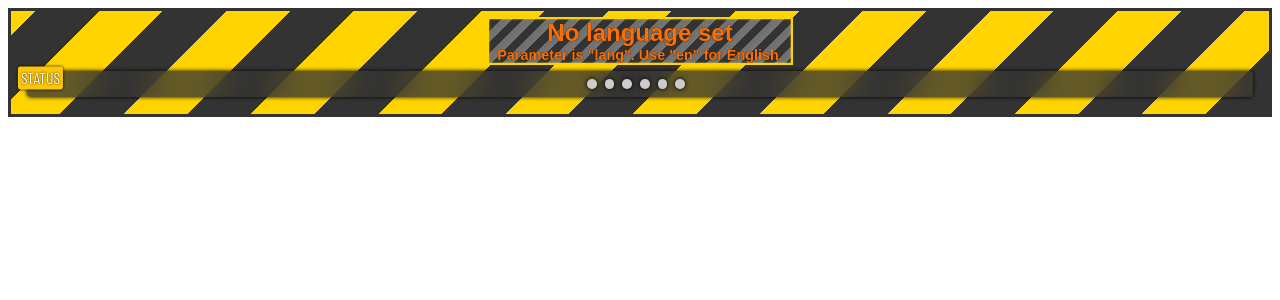
Repository: cirisus/ArknighTimer
Page: timer.html
These files come from the project's save history. The page is drawn as it stood at one moment and after the next save; the edit follows.
The browser window is 1280 px wide. The pictures show the whole page.
Some web fonts or font styles are not loaded; a fallback is used.

Above is the page before, as saved 2024-03-09 15:08:51.

### timer.html
<!DOCTYPE html>
<html>
  <head>
    <meta charset="UTF-8">
    <meta name="description" content="明日方舟同人中文站计时器本体">
    <meta name="keywords" content="arknights,wiki,timer">
    <link rel="stylesheet" href="/ArknighTimer/timer.css">
    <script src="/ArknighTimer/timer.js"></script>
    <title>计时器初始化中……</title>
  </head>

  <body>
    <noscript>This application requires Javascript to function.</noscript>

    <div id="timer">
      <div id="stuff">
      <h2 id="title"></h2>

      <div id="clock">
        <div id="years-div" class="unit">
          <span id="years" class="unit-value"></span>
          <span id="years-label" class="unit-label"></span>
        </div>

        <div id="months-div" class="unit">
          <span id="months" class="unit-value"></span>
          <span id="months-label" class="unit-label"></span>
        </div>

        <div id="days-div" class="unit">
          <span id="days" class="unit-value"></span>
          <span id="days-label" class="unit-label"></span>
        </div>

        <div id="hours-div" class="unit">
          <span id="hours" class="unit-value"></span>
          <span id="hours-label" class="unit-label"></span>
        </div>

        <div id="minutes-div" class="unit">
          <span id="minutes" class="unit-value"></span>
          <span id="minutes-label" class="unit-label"></span>
        </div>

        <div id="seconds-div" class="unit">
          <span id="seconds" class="unit-value"></span>
          <span id="seconds-label" class="unit-label"></span>
        </div>
        </div>
      </div>
    </div>
  </body>
</html>

### timer.css
@import url('https://fonts.googleapis.com/css2?family=Barlow+Condensed:ital,wght@0,100;0,200;0,300;0,400;0,500;0,600;0,700;0,800;0,900;1,100;1,200;1,300;1,400;1,500;1,600;1,700;1,800;1,900&display=swap');
@font-face {
  font-family: Glow Sans SC_Condensed;
  src: url(https://cdn.jsdelivr.net/gh/cirisus/ArknighTimer/GlowSans/GlowSansSC-Condensed-Medium.woff2);
  font-weight: normal;
  font-style: normal;
}
:root {
  --secondary-accent: 255, 212, 0;
  --scale-2: 51,51,51;
}
body {
  font-family: 'Glow Sans SC_Condensed',Arial, sans-serif;
  text-shadow: 0 0 1px black;
}
#timer {
  display: grid;
  grid-auto-columns: 1fr;
  grid-auto-rows: 1fr;
  grid-template-columns: 1fr;
  grid-template-rows: min-content 1fr;
  gap: 1px 1px;
  grid-template-areas:
    "title"
    "countdown";

  padding: 0.5rem;
  border: 3px solid rgb(var(--scale-2));
  background: repeating-linear-gradient(-45deg, rgb(var(--scale-2)), rgb(var(--scale-2)) 45px, rgb(var(--secondary-accent)) 0, rgb(var(--secondary-accent)) 90px);
}
#title {
  grid-area: title;
  text-align: center;
  margin-block-start: 0;
  margin-block-end: 0;
  background: rgb(var(--scale-2));
  width: fit-content;
  padding: 0 .5rem;
  margin: auto;
    outline: 2px solid #ffd301;
    box-shadow: inset 0 0 2px #ffd400;
    background-image: repeating-linear-gradient(135deg, rgb(var(--scale-2)), rgb(var(--scale-2)) 8px, rgb(111 111 111) 0, rgb(117 117 117) 16px);
    background-size: 500%;
    animation: progress-bar 300s infinite linear;
}
@keyframes progress-bar {
  0% {
    background-position-x: 100%;
  }
  100% {
    background-position: -400%;
  }
}
/*
h2#title:after {
  content: '';
  height: 47px;
  width: 2rem;
  position: absolute;
  transform: translateX(8px);
  background: #333;
  -webkit-clip-path: polygon(60% 0, 100% 50%, 60% 100%, 0 100%, 0 0);
  clip-path: polygon(60% 0, 100% 50%, 60% 100%, 0 100%, 0 0);
}
*/
#clock {
  display: flex;
  justify-content: center;
  align-items: center;
  flex-wrap: wrap;
  grid-area: countdown;
  color: #f3f2ec;
  background-color: rgb(var(--scale-2), .75);
  -webkit-backdrop-filter: blur(1rem);
  backdrop-filter: blur(1rem);
  text-align: center;
  border-radius: 0.25em;
  margin: .5em;
  padding: 0 .25rem;
  box-shadow: 0 0 4px black;
  box-sizing: border-box;
  &::before {
    content: 'Status';
    font-family: "Barlow Condensed", sans-serif;
    position: absolute;
    display: inline-flex;
    top: 0;
    left: 0;
    width: fit-content;
    height: fit-content;
    border-radius: 0.15em;
    background-color: #ffc700;
    z-index: -1;
    transform: translate(-20%,-20%);
    box-shadow: 0 0 3px 0px black;
    padding: 2px 3px;
    align-items: center;
    color: white;
    text-shadow: 0 0 2px black;
    text-transform: uppercase;
  }
  &::after {
    content: attr(data-status);
    position: absolute;
    top: 0;
    left: 0;
    width: fit-content;
    height: fit-content;
    border-radius: 0.15em;
    z-index: -1;
    transform: translate(20%,-20%);
    box-shadow: 0 0 3px 0px black;
  }
}
#clock[data-status="running"]::after {
  background-color: #16663e;
  color: #ccc;
}
#clock[data-status="expired"]::after {
  background-color: #ffcc00;
  color: #ccc;
}
#clock[data-status="ceased"]::after {
  background-color: #ad2117;
  color: #ccc;
}
.unit {
  display: inline-flex;
  margin: 0.5em 0;
  justify-content: center;
  align-items: center;
}

.unit-value {
  font-family: "Barlow Condensed", sans-serif;
  font-size: 2em;
  color: #333;
  background-color: #ccc;
  border-radius: 0.15em;
  padding: 0.15em;
  box-shadow: 0 0 5px black;
}

.unit-label {
  font-size: 1.5em;
  padding: 0 .25rem;
}

/* Basic utility classes */
.hidden {
  display: none;
}

.error {
  color: rgb(255, 111, 0);
  animation: none;
}
.error-secondary {
  font-size: 0.6em;
}
.progress {
  color: #f3f2ec;
}

.finished {
  color: #fff28e;
  animation: none;
}

### timer.js
// Constants
var SECONDS_MS = 1000;
var MINUTES_MS = SECONDS_MS * 60;
var HOURS_MS = MINUTES_MS * 60;
var DAYS_MS = HOURS_MS * 24;

var SECONDS_ENUM = 0;
var MINUTES_ENUM = 1;
var HOURS_ENUM = 2;
var DAYS_ENUM = 3;
var MONTHS_ENUM = 4;
var YEARS_ENUM = 5;

// Initialization errors are only in English unfortunately.
function setError(primary, secondary = null) {
  var titleElement = document.getElementById('title');
  titleElement.classList.add('error');
  titleElement.innerText = primary;

  var clockElement = document.getElementById('clock');
  clockElement.classList.add('hidden');

  if (secondary) {
    var messageElement = document.createElement('div');
    messageElement.classList.add('error-secondary');
    messageElement.innerText = secondary;
    titleElement.appendChild(messageElement);
  }
}

// Localization
function getMessage(language, messageKey) {
  var translations = {
    // English
    'en': {
      'timer-description': 'Timer expiring at',
      'timer-progress': 'This timer will expire in',
      'timer-finished': 'This timer has been expired since',
      'years': 'years',
      'months': 'months',
      'days': 'days',
      'hours': 'hours',
      'minutes': 'minutes',
      'seconds': 'seconds',
    },

    // French
    'fr': {
      'timer-description': 'Fin du compte à rebours à',
      'timer-progress': 'Ce compte à rebours se terminera dans',
      'timer-finished': 'Ce compte à rebous est terminé depuis',
      'years': 'ans',
      'months': 'mois',
      'days': 'jours',
      'hours': 'heures',
      'minutes': 'minutes',
      'seconds': 'secondes',
    },

    // Pig Latin
    'pig': {
      'timer-description': 'Imertay expiringyay atyay',
      'timer-progress': 'Isthay imertay illway expireyay inyay',
      'timer-finished': 'Isthay imertay ashay eenbay expiredyay incesay',
      'years': 'earsyay',
      'months': 'onthsmay',
      'days': 'aysday',
      'hours': 'ourshay',
      'minutes': 'inutesmay',
      'seconds': 'econdssay',
    },

    // Spanish
    'es': {
      'timer-description': 'El temporizador finaliza en',
      'timer-progress': 'El temporizador finalizará en',
      'timer-finished': 'El temporizador ha finalizado desde hace',
      'years': 'años',
      'months': 'meses',
      'days': 'días',
      'hours': 'horas',
      'minutes': 'minutos',
      'seconds': 'segundos',
    },

    // Vietnamese
    'vi': {
      'timer-description': 'Đồng hồ kết thúc vào',
      'timer-progress': 'Đồng hồ sẽ kết thúc trong',
      'timer-finished': 'Đồng hồ này đã kết thúc kể từ',
      'years': 'năm',
      'months': 'tháng',
      'days': 'ngày',
      'hours': 'giờ',
      'minutes': 'phút',
      'seconds': 'giây',
    },

    // Simplified Chinese
    'cn': {
      'timer-description': '此计时器将过期于：',
      'timer-progress': '此计时器将过期于：',
      'timer-finished': '此计时器已过期：',
      'years': '年',
      'months': '月',
      'days': '日',
      'hours': '时',
      'minutes': '分',
      'seconds': '秒',
    },
  };

  // Special case:
  // The 'test' language just echoes the message key back out.
  if (language === 'test') {
    return messageKey;
  }

  // Get message based on language
  var messages = translations[language];
  if (!messages) {
    setError('暂无此语言的计时器 ' + language);
    return null;
  }

  var message = messages[messageKey];
  if (!message) {
    setError('无效的参数' + messageKey);
    return null;
  }

  return message;
}

function insertCSS(styling) {
  var head = document.head || document.getElementsByTagName('head')[0];
  var style = document.createElement('style');

  style.type = 'text/css';
  style.appendChild(document.createTextNode(styling));
  head.appendChild(style);
}

function getDaysInFebruary(startYear) {
  return (startYear % 4 === 0 && startYear % 100 !== 0)
    || startYear % 400 === 0 ? 29 : 28;
}

function elapsedData(targetTime) {
  var now = new Date();
  var elapsed = now - targetTime;

  if (elapsed >= 0) {
    // Date is in the past
    return {
      elapsed: elapsed,
      finished: true,
      startTime: targetTime,
      endTime: now,
    };
  } else {
    // Date is in the future
    return {
      elapsed: -elapsed,
      finished: false,
      startTime: now,
      endTime: targetTime,
    };
  }
}

// Based on https://stackoverflow.com/a/49201872
// Calculate differences greater than a day.
function dateDiff(startDate, endDate) {
  // Trim sub-day differences to avoid 0.8 days from rounding up.
  var diff = endDate - startDate;
  diff -= Math.floor(diff % DAYS_MS);
  endDate = new Date(startDate.getTime() + diff);

  // Get month data
  var february = getDaysInFebruary(startDate.getFullYear());
  var daysInMonth = [31, february, 31, 30, 31, 30, 31, 31, 30, 31, 30, 31];

  var yearDiff = endDate.getFullYear() - startDate.getFullYear();
  var monthDiff = endDate.getMonth() - startDate.getMonth();
  if (monthDiff < 0) {
    yearDiff--;
    monthDiff += 12;
  }

  var dayDiff = endDate.getDate() - startDate.getDate();
  if (dayDiff < 0) {
    if (monthDiff > 0) {
      monthDiff--;
    } else {
      yearDiff--;
      monthDiff = 11;
    }

    dayDiff += daysInMonth[startDate.getMonth()];
  }

  return {
    years: yearDiff,
    months: monthDiff,
    days: dayDiff,
  };
}

// Calculate difference in time, in all units
function timeRemaining(targetTime) {
  var data = elapsedData(targetTime);

  // Differences > 1 day
  var dateDiffs = dateDiff(data.startTime, data.endTime);
  var years = dateDiffs.years;
  var months = dateDiffs.months;
  var days = dateDiffs.days;

  // Differences < 1 day
  var elapsed = Math.floor(data.elapsed % DAYS_MS);

  var hours = Math.floor(elapsed / HOURS_MS);
  elapsed = Math.floor(elapsed % HOURS_MS);

  var minutes = Math.floor(elapsed / MINUTES_MS);
  elapsed = Math.floor(elapsed % MINUTES_MS);

  var seconds = Math.floor(elapsed / SECONDS_MS);
  elapsed = Math.floor(elapsed % MINUTES_MS);

  // Get highest unit present
  var highest;
  if (years > 0) {
    highest = YEARS_ENUM;
  } else if (months > 0) {
    highest = MONTHS_ENUM;
  } else if (days > 0) {
    highest = DAYS_ENUM;
  } else if (hours > 0) {
    highest = HOURS_ENUM;
  } else if (minutes > 0) {
    highest = MINUTES_ENUM;
  } else {
    highest = SECONDS_ENUM;
  }

  return {
    years: years,
    months: months,
    days: days,
    hours: hours,
    minutes: minutes,
    seconds: seconds,
    finished: data.finished,
    highest: highest,
  };
}

function setTimerField(language, field, value) {
  var visible = value !== null;

  if (visible) {
    document.getElementById(field).innerText = value;
  }

  setTimerFieldVisibility(field, visible);
}

function setTimerFieldVisibility(field, visible) {
  var element = document.getElementById(field + '-div');

  if (visible) {
    element.classList.remove('hidden');
  } else {
    element.classList.add('hidden');
  }
}

function createTimer(language, targetTime, progressMessage, finishedMessage) {
  progressMessage = progressMessage || getMessage(language, 'timer-progress');
  finishedMessage = finishedMessage || getMessage(language, 'timer-finished');

  // Update routine, to invoke every second
  var timerFields = [
    ['years', YEARS_ENUM, 1],
    ['months', MONTHS_ENUM, 1],
    ['days', DAYS_ENUM, 1],
    ['hours', HOURS_ENUM, 2],
    ['minutes', MINUTES_ENUM, 2],
    ['seconds', SECONDS_ENUM, 2],
  ];

  // Initial application of field labels
  for (var i = 0; i < timerFields.length; i++) {
    var field = timerFields[i][0];
    document.getElementById(field + '-label').innerText = getMessage(language, field);
  }

  function updateTimer() {
    var remaining = timeRemaining(targetTime);

    // Set title message
    var titleElement = document.getElementById('title');

    if (remaining.finished) {
      titleElement.innerText = finishedMessage;
      titleElement.classList = ['finished'];
    } else {
      titleElement.innerText = progressMessage;
      titleElement.classList = ['progress'];
    }

    // Set individual timer fields
    for (var i = 0; i < timerFields.length; i++) {
      var field = timerFields[i][0];
      var fieldEnum = timerFields[i][1];
      var padWidth = timerFields[i][2];

      // If the value is to be shown, then display it.
      // Ensure digits are padded to the appropriate width.
      var value = remaining.highest >= fieldEnum
        ? String(remaining[field]).padStart(padWidth, '0')
        : null;

      setTimerField(language, field, value);
    }
  }

  // Set title.
  // Since this is meant to be used as an iframe, setting it every tick is pointless.
  document.title = getMessage(language, 'timer-description') + ' ' + targetTime;

  // Configure timer to run regularly.
  updateTimer();
  setInterval(updateTimer, 1000);
}

function setup() {
  // Get parameters
  var url = new URL(window.location.href);
  var parameters = new URLSearchParams(url.search);
  var language = parameters.get('lang');
  var timestamp = parameters.get('time');
  var progressMessage = parameters.get('progress');
  var finishedMessage = parameters.get('finished');
  var styling = parameters.get('style'); // allows custom CSS to be injected

  // Check parameters
  if (!language) {
    setError('No language set', 'Parameter is "lang". Use "en" for English.');
    return;
  }

  if (!timestamp) {
    setError('No timestamp set', 'Parameter is "time". You can use a UNIX timestamp or an ISO string.');
    return;
  }

  var targetTime;
  if (/^\d+(\.\d+)?$/.exec(timestamp)) {
    targetTime = new Date(parseFloat(timestamp) * 1000);
  } else {
    targetTime = new Date(timestamp);
    if (isNaN(targetTime)) {
      setError('Invalid timestamp', timestamp);
      return;
    }
  }

  // Insert custom CSS, if any
  if (styling !== null) {
    insertCSS(styling);
  }

  // Initialize clock
  createTimer(language, targetTime, progressMessage, finishedMessage);
}

setTimeout(setup, 5);

After the next save:
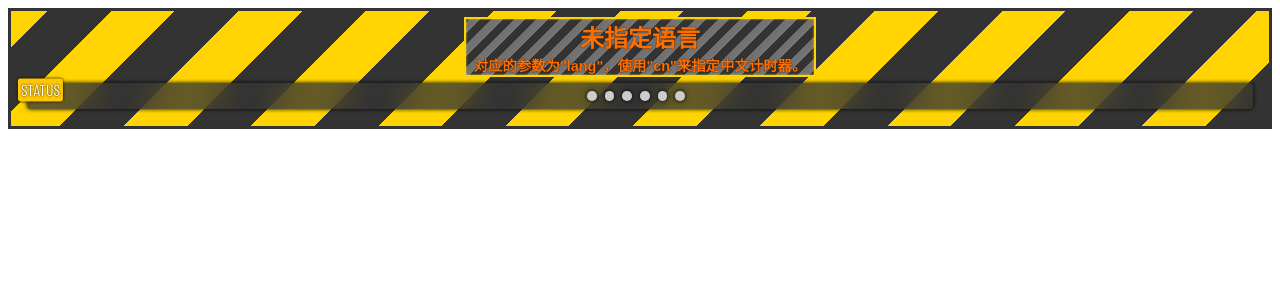
Saved 6 min 42 s later.
--- a/timer.js
+++ b/timer.js
@@ -306,9 +306,11 @@
     if (remaining.finished) {
       titleElement.innerText = finishedMessage;
       titleElement.classList = ['finished'];
+      document.getElementById('clock').setAttribute('data-status', 'expired');
     } else {
       titleElement.innerText = progressMessage;
       titleElement.classList = ['progress'];
+      document.getElementById('clock').setAttribute('data-status', 'running');
     }
 
     // Set individual timer fields
@@ -348,12 +350,12 @@
 
   // Check parameters
   if (!language) {
-    setError('No language set', 'Parameter is "lang". Use "en" for English.');
+    setError('未指定语言', '对应的参数为"lang"，使用"cn"来指定中文计时器。');
     return;
   }
 
   if (!timestamp) {
-    setError('No timestamp set', 'Parameter is "time". You can use a UNIX timestamp or an ISO string.');
+    setError('未设置时间','对应的参数是"time"，可以使用UNIX时间戳或ISO时间字符串。');
     return;
   }
 
@@ -363,7 +365,7 @@
   } else {
     targetTime = new Date(timestamp);
     if (isNaN(targetTime)) {
-      setError('Invalid timestamp', timestamp);
+      setError('无效时间戳', timestamp);
       return;
     }
   }
